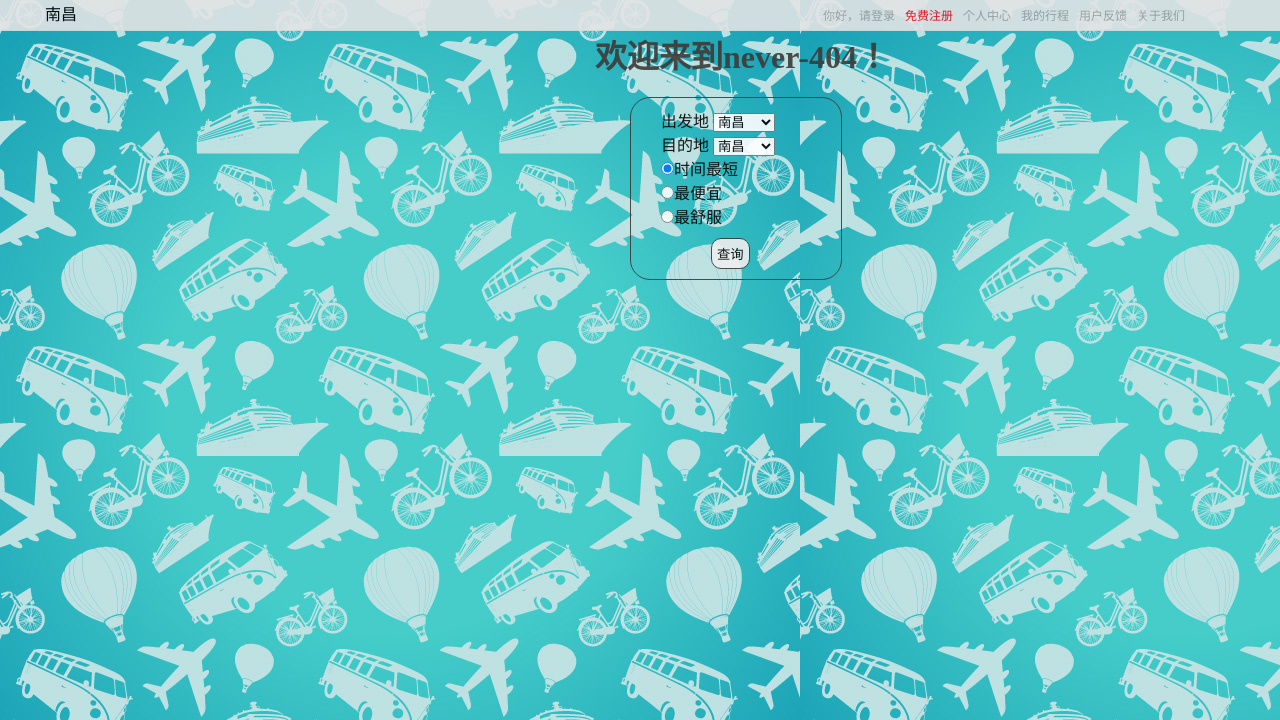
Repository: never-404/Intelligent-recommendation-system
Page: http://localhost/Intelligent-recommendation-system/mainpage.jsp
An editor plug-in stored every save of this project. The page is shown before and after the next save, followed by the edit.
The browser window is 1280 px wide. The pictures show the whole page.
The page is served by Tomcat 9. Nobody is signed in. The application's start-up code is not run.

Above is the page before, as saved 2019-04-24 11:31:56.

After the next save:
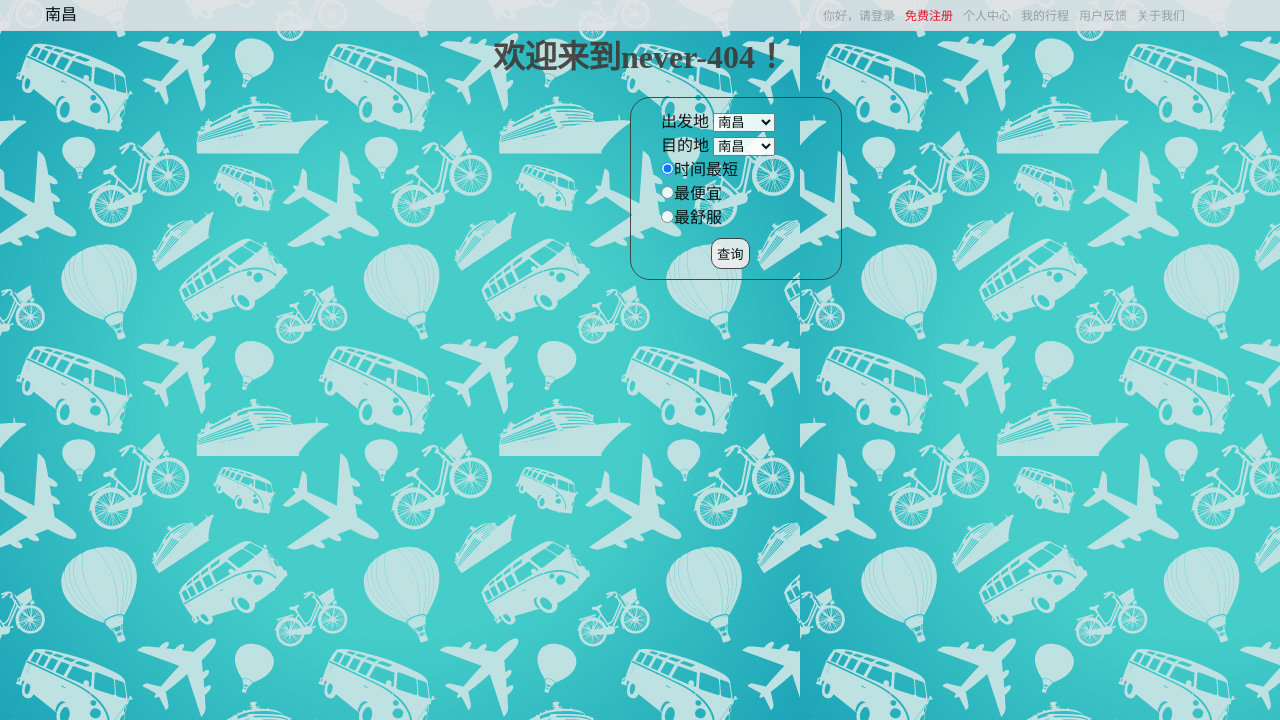
Saved 2 min 36 s later.
--- a/Intelligent-recommendation-system/WebRoot/mainpage.jsp
+++ b/Intelligent-recommendation-system/WebRoot/mainpage.jsp
@@ -44,7 +44,7 @@
 			text-align: right;
 		 }
 		h1{
-			margin-left:595;
+            text-align:center;
 			color:#3e3a37;
 			margin-bottom:20px;
 		}
